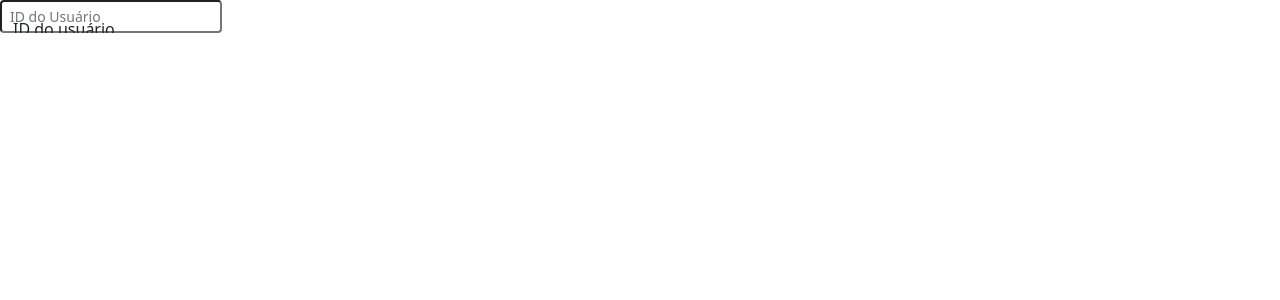
Repository: mateusilva8/tarefa-pix
Page: frontend/index.html
An editor plug-in stored every save of this project. The page is shown before and after a run of saves, followed by the edit.
The browser window is 1280 px wide. The pictures show the whole page.

Above is the page before, as saved 2023-10-21 19:05:04.

After the next 2 saves:
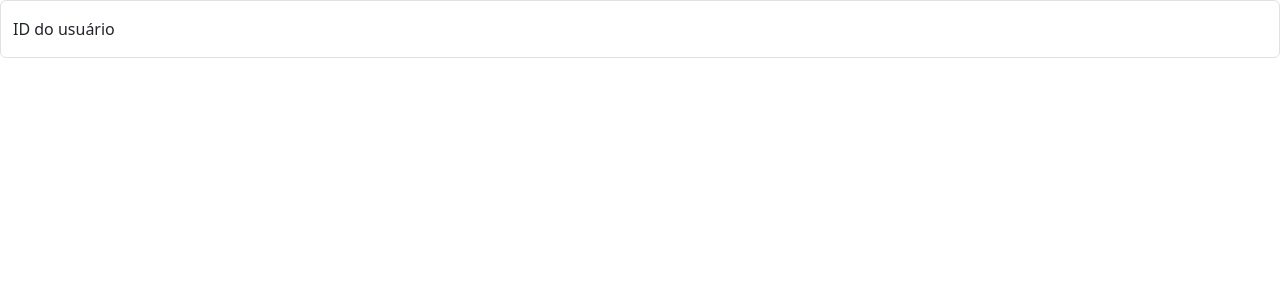
The 2 saves are shown as one change because they came seconds apart.
The last was saved 13 s later.
--- a/frontend/index.html
+++ b/frontend/index.html
@@ -9,7 +9,7 @@
 </head>
 <body>
   <div class="form-floating">
-    <input class="form-control-sm" placeholder="ID do Usuário" id="floatingTextarea"></input>
+    <input class="form-control" placeholder="ID do Usuário" id="floatingTextarea"></input>
     <label for="floatingTextarea">ID do usuário</label>
   </div>
 
